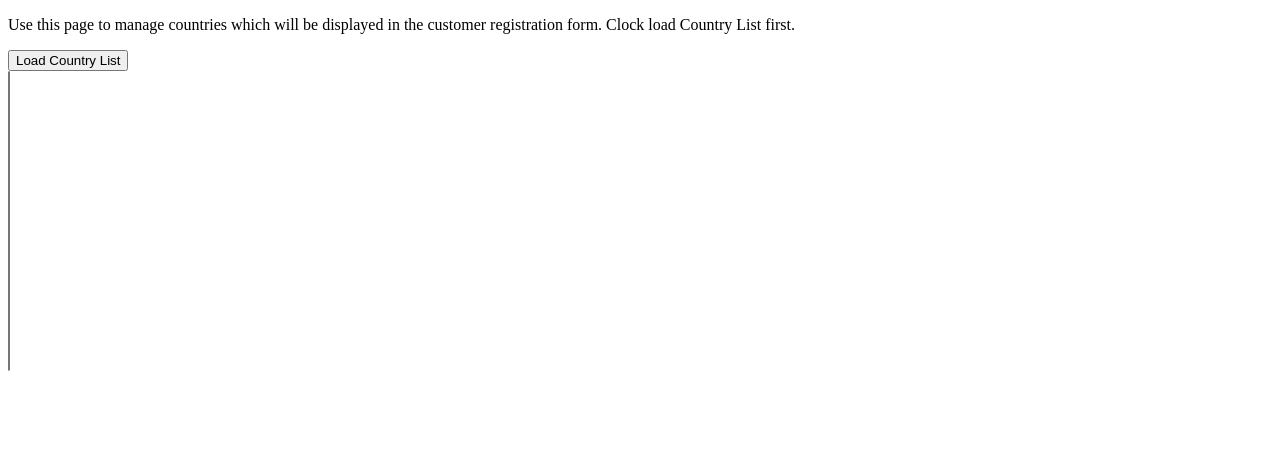
Repository: phongdz-cloud/SpringBoot-Ecommerce
Page: http://localhost/settings/states
These files come from the project's save history. The page is drawn as it stood at one moment and after the next save; the edit follows.
The browser window is 1280 px wide. The pictures show the whole page.
The page is this project's Thymeleaf template; nobody is signed in. The template is opened directly, without the code that normally fills it, so the values that code supplies are empty.

Above is the page before, as saved 2022-01-07 02:33:16.

After the next save:
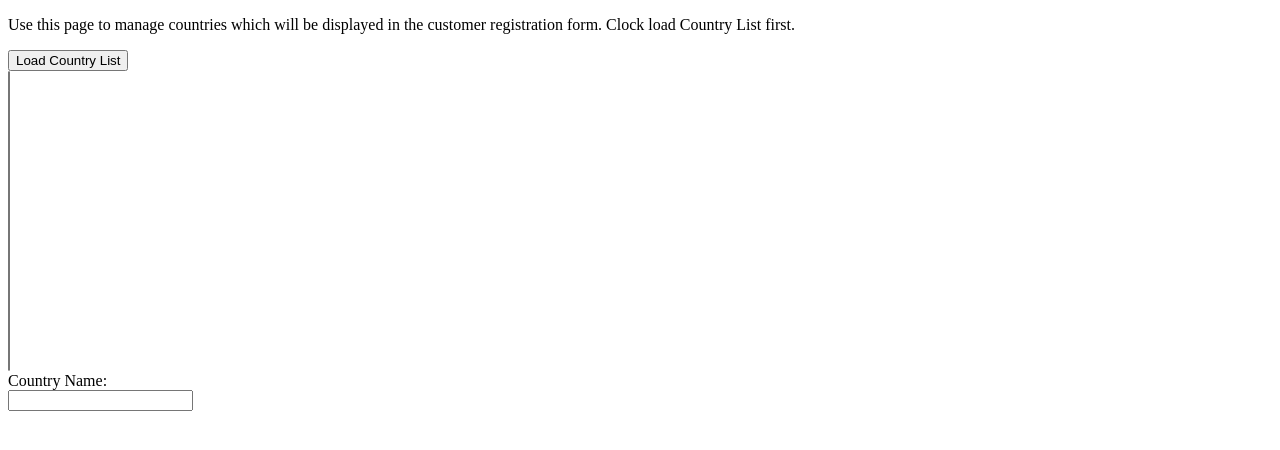
Saved 83 s later.
--- a/ShopmeProject/ShopmeWebParent/ShopmeBackend/src/main/resources/templates/settings/states.html
+++ b/ShopmeProject/ShopmeWebParent/ShopmeBackend/src/main/resources/templates/settings/states.html
@@ -17,6 +17,12 @@
 
 			</select>
 		</div>
+		<div class="form-group row ">
+				<label class="col-form-label">Country Name:</label>
+				<div class="col-md">
+					<input type ="text" class="form-control" id="fieldCountryName" />
+				</div>
+		</div>
 	</div>
 </body>
 
